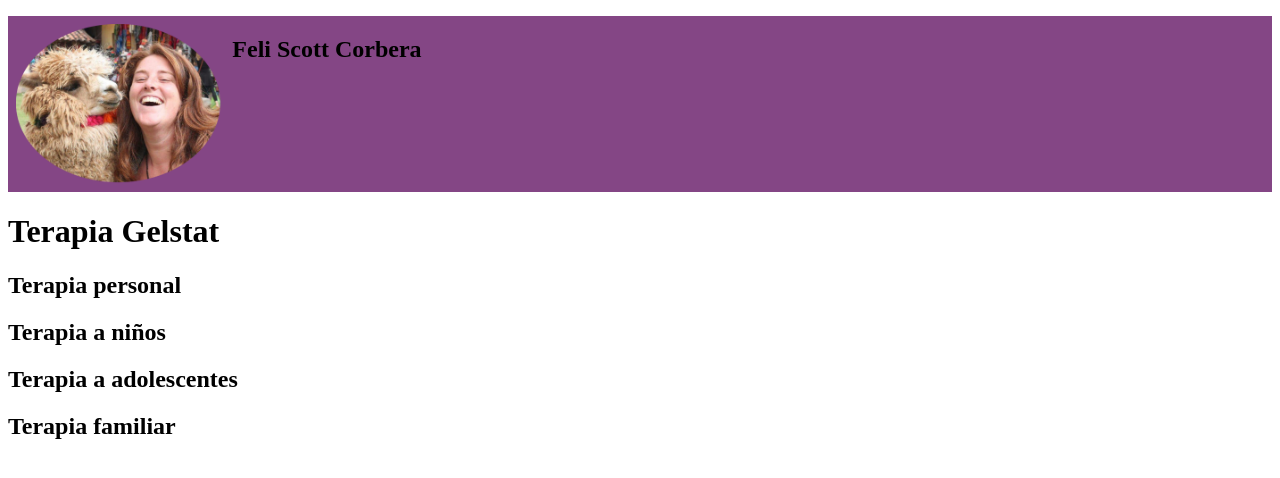
Repository: Jogalso/webPsicologa
Page: /
These files come from the project's save history. The page is drawn as it stood at one moment and after the next save; the edit follows.
The browser window is 1280 px wide. The pictures show the whole page.
The project was rebuilt for these pictures with package versions that can differ from the ones it lists, and the page was loaded fresh each time. The framework's server and built-in components were replaced by stand-ins that run in the browser.

Above is the page before, as saved 2021-07-12 11:55:33.

### pages/index.js
import React from 'react'
import Layout from '../components/Layout'
import Contenido from '../components/Contenido'

export default function index() {
    return (
        <div>
            <Layout>
                <Contenido />
            </Layout>
        </div>
    )
}

### components/Layout.js
('use strict')
import Link from 'next/link';
import Head from 'next/head';
import React from 'react'

function Layout(props) {
    const {children, title} = props;
    return <div>
    <Head >
    <title>Terapia Gestalt: {title}</title>
        <meta name="viewport" content="width=device-width, initial-scale=1"></meta>
    </Head>
    {/* <header>
    <Link href={vuelta} activeClassName="active">
                <a className="headerLink">
                    <img className="header_Img" src="../imagenes/back.png" />
                </a>
            </Link>
    <Link href="/">
                <a className="headerLink">
                <img  className="header_Img" src="../imagenes/home.png" />
                </a>
    </Link>

    </header> */}
        {children}
    <style jsx global>
    {`
    .html {
        background-color: #12A173;
    }
    .body {
        max-width: 100%;
        margin-top: 5em;
        padding-left: 2em;
    }
    header{
     background: #844685;
     padding: 15px;
     text-align: center;
    }
    header a{
        color: #faf4ff;
        text-decoration: none;
        borderColor: #f3c623;
    }
    `}
    </style>
    <style jsx global>
        { `
           header{
               body: #fff;
               background:white;
               font-family: system-ui;
           }
        `}
    </style>
</div>
}

export default Layout

### components/Contenido.js
import React from 'react'

export default function Contenido() {
    return (
        <div>
            <div className="Header">
                <p className="InfoTerapetua">
                    <img className="InfoTerapetua__img" src="../imagenes/principal.png" />
                    <h2>Feli Scott Corbera</h2>
                </p>
            </div>

            <p className="Terapias">
            <h1>Terapia Gelstat</h1>
            <p></p>
            <h2>Terapia personal</h2>
            <h2>Terapia a niños</h2>
            <h2>Terapia a adolescentes</h2>
            <h2>Terapia familiar</h2></p>

            <style>
                {`
                    .Header{
                        background: #844685;

                    }
                    .InfoTerapetua{
                        display: flex;
                    }
                    .InfoTerapetua__img{
                        height: 10em;
                        width: auto;
                        padding: 0.5em;
                    }
                `}
            </style>
        </div>
    )
}

After the next save:
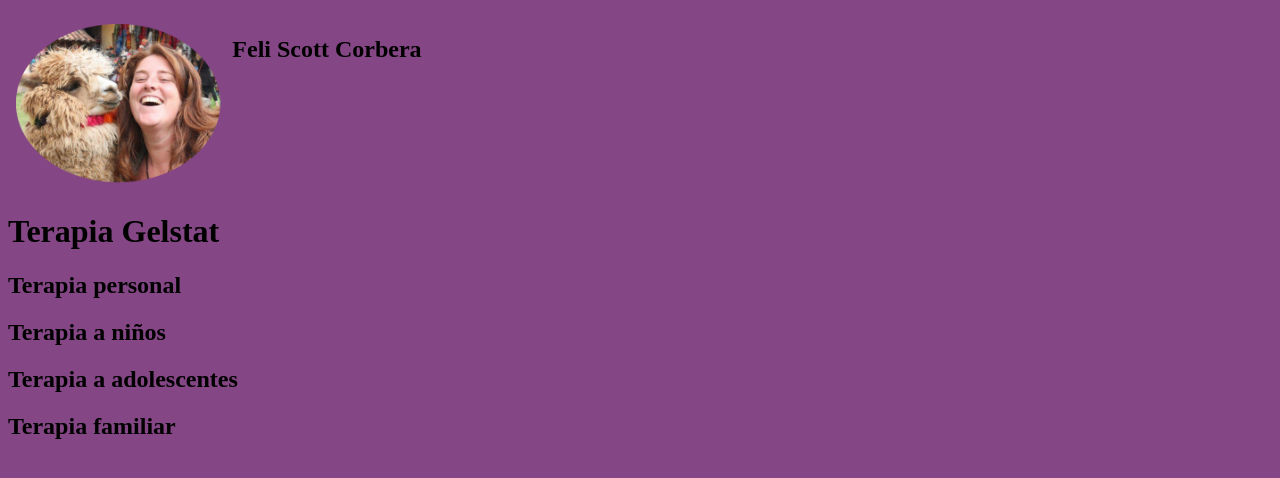
Saved 49 s later.
--- a/components/Layout.js
+++ b/components/Layout.js
@@ -26,23 +26,8 @@ function Layout(props) {
         {children}
     <style jsx global>
     {`
-    .html {
-        background-color: #12A173;
-    }
-    .body {
-        max-width: 100%;
-        margin-top: 5em;
-        padding-left: 2em;
-    }
-    header{
-     background: #844685;
-     padding: 15px;
-     text-align: center;
-    }
-    header a{
-        color: #faf4ff;
-        text-decoration: none;
-        borderColor: #f3c623;
+    html{
+        background: #844685;
     }
     `}
     </style>
